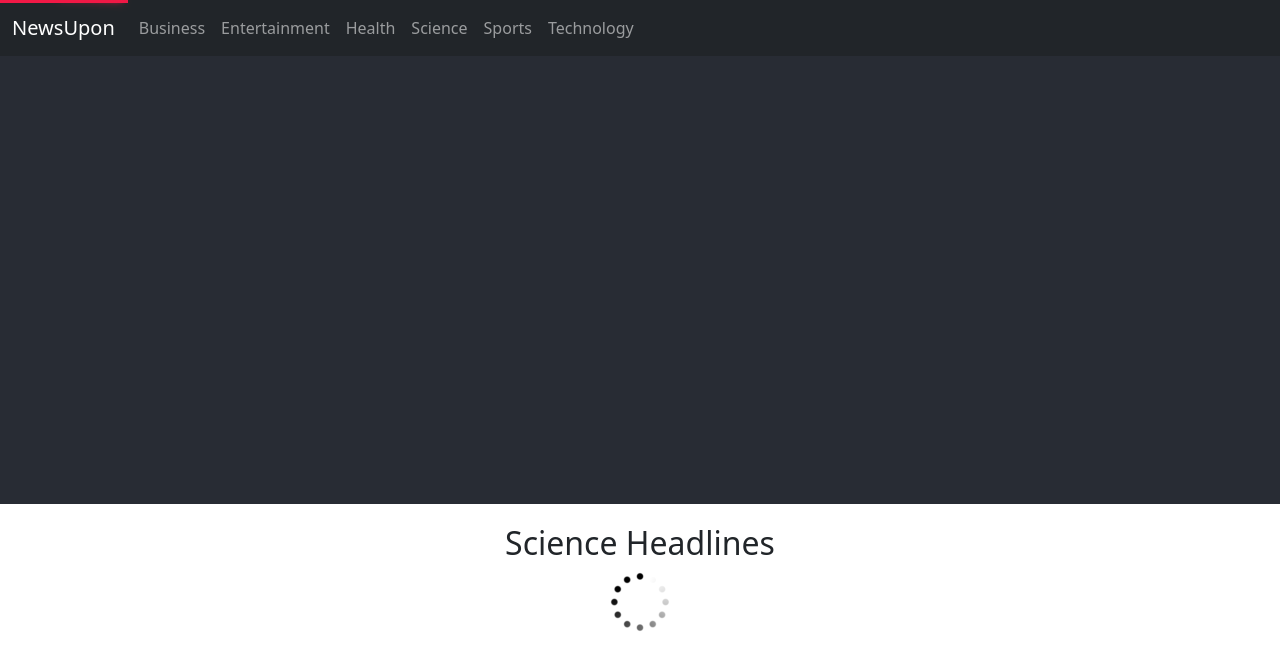
Repository: Akash33253/NewsUpon
Page: /science
An editor plug-in stored every save of this project. The page is shown before and after a run of saves, followed by the edit.
The browser window is 1280 px wide. The pictures show the whole page.
The page's requests for data from a server got no answer. The project was rebuilt for these pictures with package versions that can differ from the ones it lists, and the page was loaded fresh each time. No one was signed in, and anything a server would have sent is missing. Also part of the build but not shown: src/index.css, src/components/NewsItem.js.

Above is the page before, as saved 2022-11-12 22:59:33.

After the next 2 saves:
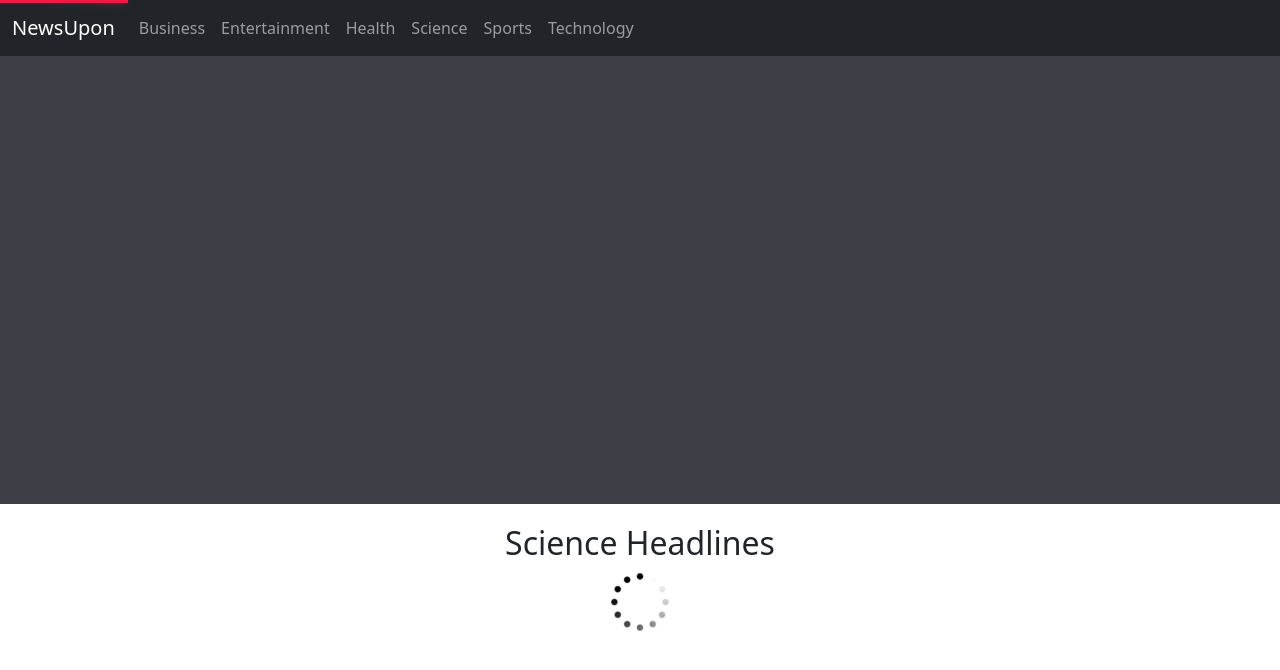
The 2 saves are shown as one change because they came seconds apart.
The last was saved 19 s later.
--- a/src/App.css
+++ b/src/App.css
@@ -40,5 +40,5 @@
 #banner{
   width: 100%;
   height: 70vh;
-  background-color: #282c34;
+  background-color: #3c3f45;
 }
